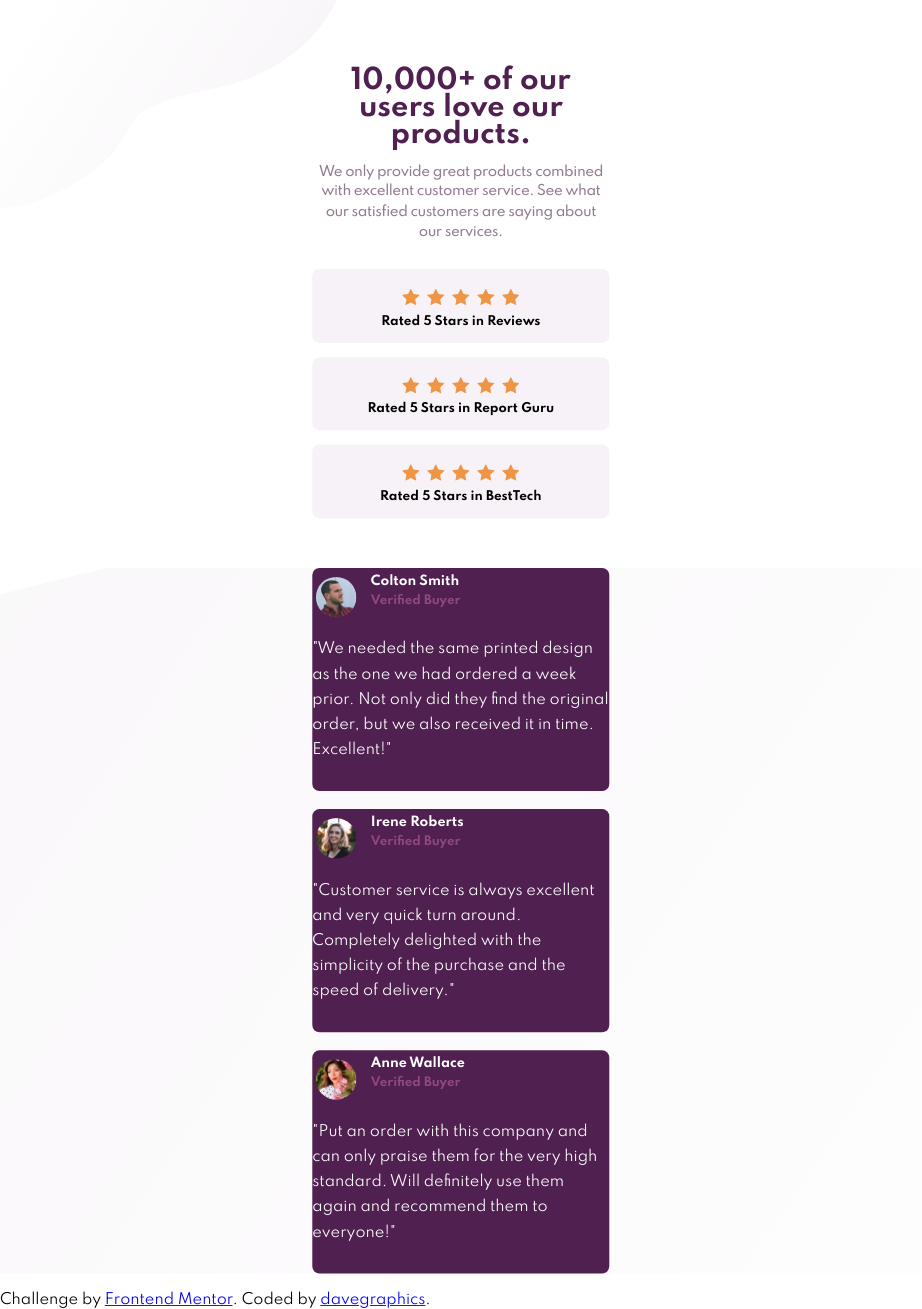
Repository: DejV44/social-proof-section-master
Page: index.html
These files come from the project's save history. The page is drawn as it stood at one moment and after the next save; the edit follows.
The browser window is 1024 px wide. The pictures show the whole page, at 90% of full size.
The style sheet was rebuilt from its Sass, Less or Tailwind sources for each picture, by a compiler version that may differ from the author's.

Above is the page before, as saved 2021-06-26 21:42:16.

After the next save:
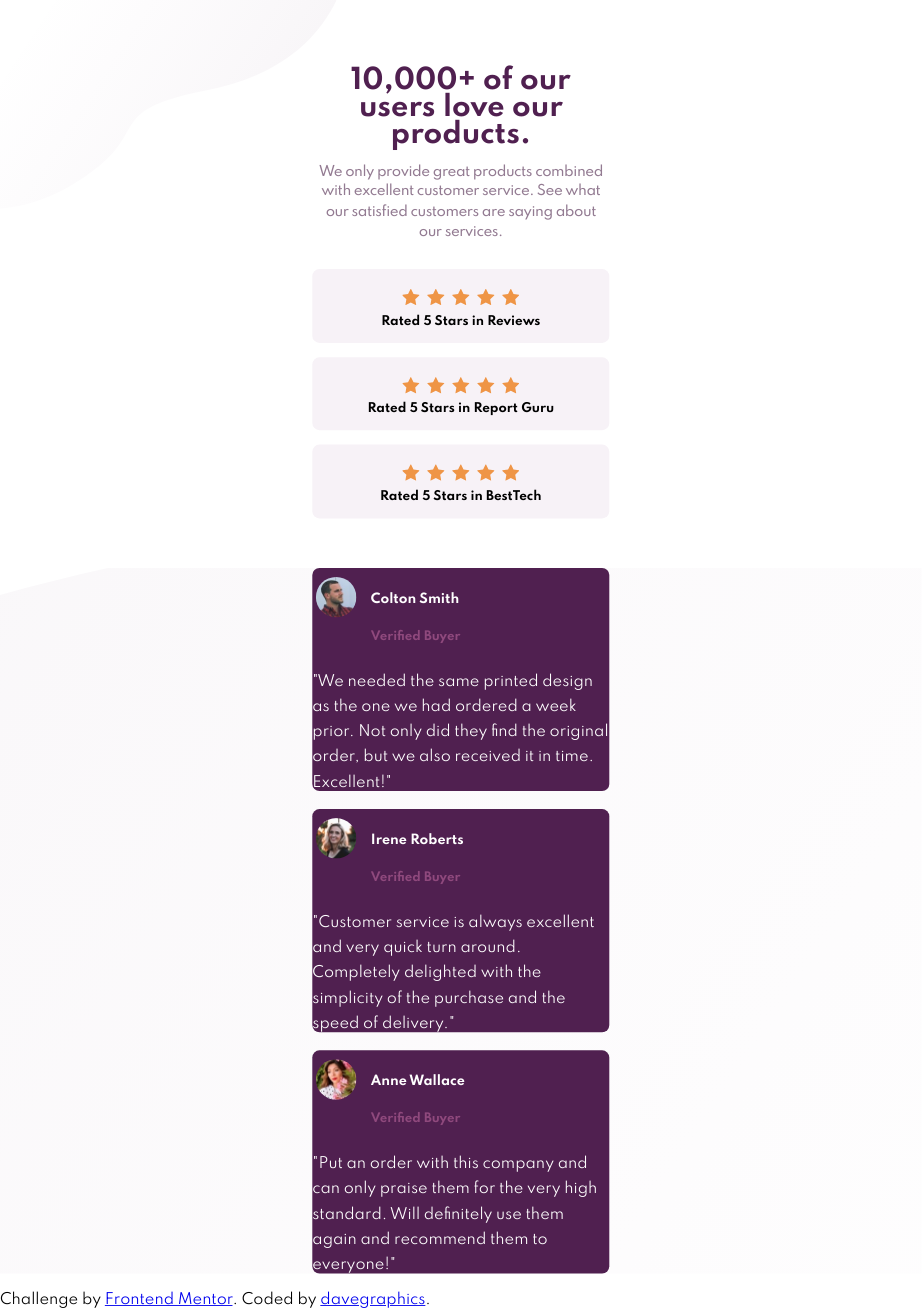
Saved 51 s later.
--- a/css/main.scss
+++ b/css/main.scss
@@ -314,8 +314,7 @@ body {
         background-position-y: 100%;
 
             .alfa, .beta, .gama {
-               list-style: none;
-
+                list-style: none;
                 background: var(--primary-color);
                 border-radius: .5em;
                 width: 330px;
@@ -328,7 +327,7 @@ body {
                     h3 {
                         color: var(--white);
                         margin: .5em 0 .2em 0;
-                        padding-left: 20px;
+                        padding: 20px;
                         font-size: 14px;
                     }
 
